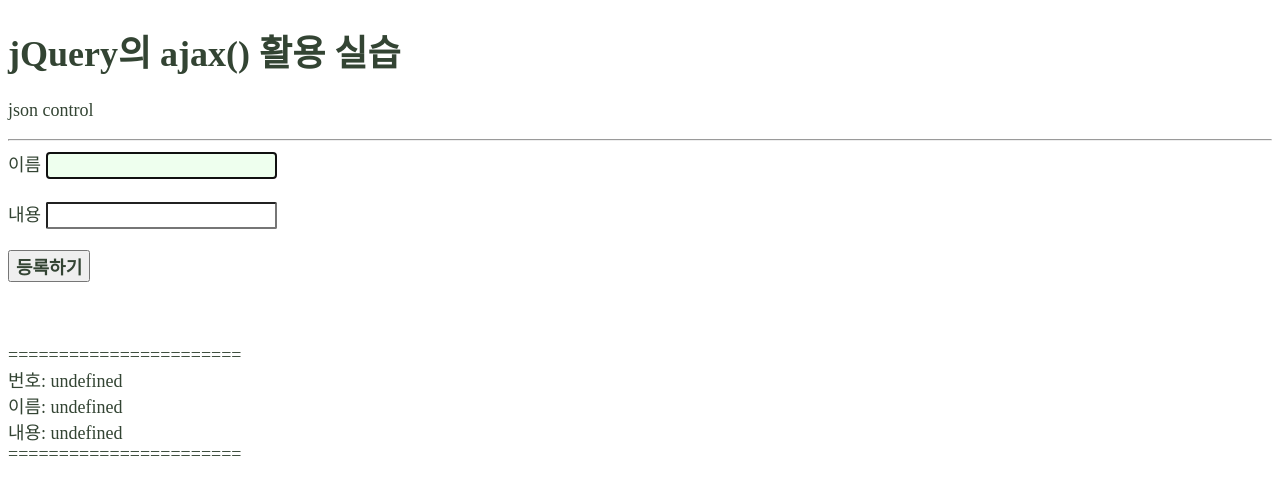
Repository: Jeong43/WebStudy
Page: http://localhost/AjaxJqueryApp05/JsonTest02.jsp
The author's editor kept a copy of each file at every save. The page is drawn from the files as they stood at one save, then again after the next save.
The browser window is 1280 px wide. The pictures show the whole page.
Empty fields were first filled with sample values (such as "Sample", 5 or name@example.com).
After loading, the first visible `#sendBtn` was clicked once.
The page is served by Tomcat 9.

Above is the page before, as saved 2021-12-09 03:25:47.

After the next save:
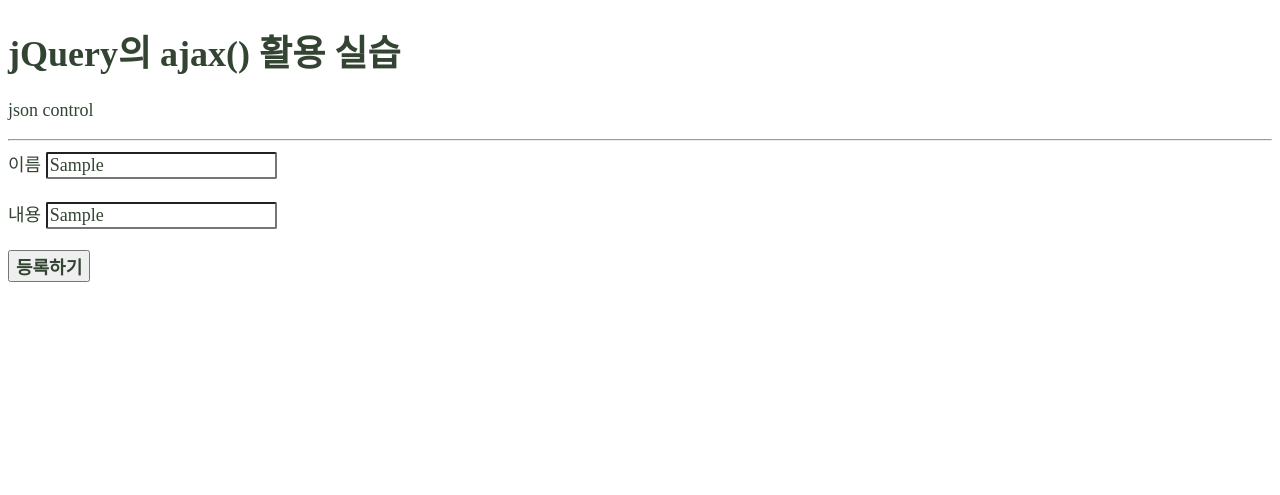
Saved 69 s later.
--- a/AjaxJqueryApp05/WebContent/JsonTest02.jsp
+++ b/AjaxJqueryApp05/WebContent/JsonTest02.jsp
@@ -26,7 +26,7 @@
 				type : "POST"
 				, url : "JsonTest01_ok.jsp"
 				, data : params
-				, datatype : "json"		// check~!!!
+				, dataType : "json"		// check~!!!
 				, success : function(jsonObj)
 	            {
 		               var num = jsonObj.num;
